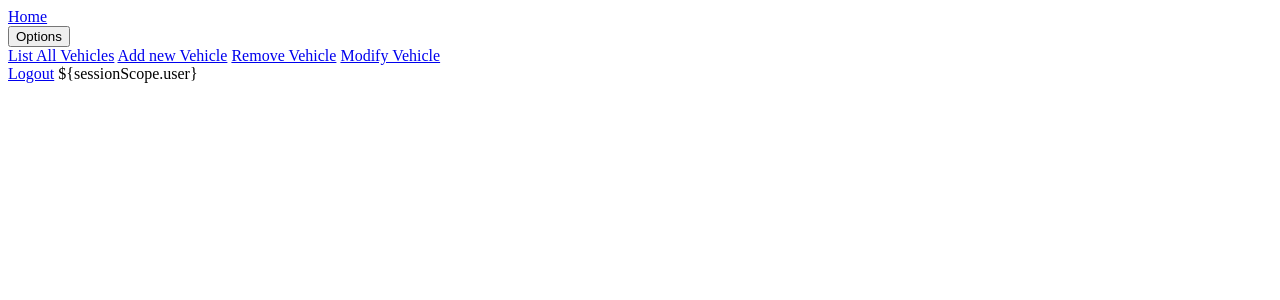
Repository: kensevv/nevexisDemos
Page: Car_Rental_Management_System/src/main/webapp/htmlTemplates/navigationBar.html
The author's editor kept a copy of each file at every save. The page is drawn from the files as they stood at one save, then again after the next save.
The browser window is 1280 px wide. The pictures show the whole page.

Above is the page before, as saved 2021-03-26 09:45:49.

After the next save:
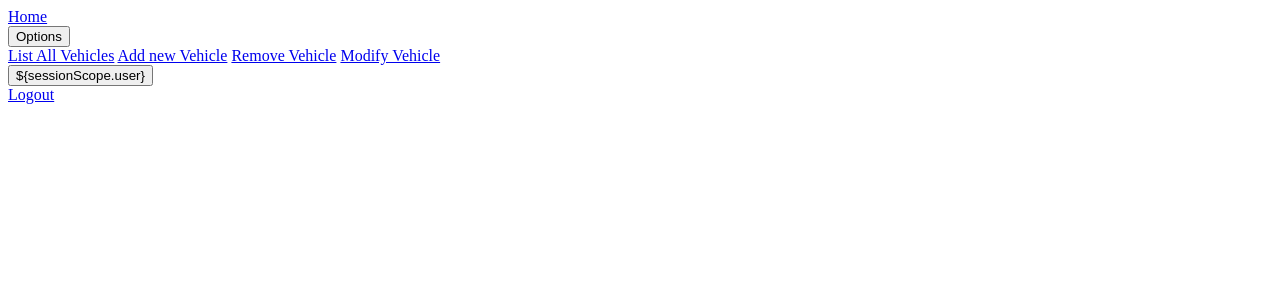
Saved 2 min 4 s later.
--- a/Car_Rental_Management_System/src/main/webapp/htmlTemplates/navigationBar.html
+++ b/Car_Rental_Management_System/src/main/webapp/htmlTemplates/navigationBar.html
@@ -11,7 +11,12 @@
 				<a href="edit">Modify Vehicle</a>
 			</div>
 		</div>
-
-		<a id = "userInformation" href="login.jsp">Logout</a>
-		<a id = "userInformation" >${sessionScope.user}</a>
+		<div class = "dropdown">
+			<button class = "dropbtn">
+				${sessionScope.user} <i class="fa fa-caret-down"></i>
+			</button>
+			<div class="dropdown-content">
+				<a href="login.jsp">Logout</a>
+			</div>
+		</div>
 	</div>
